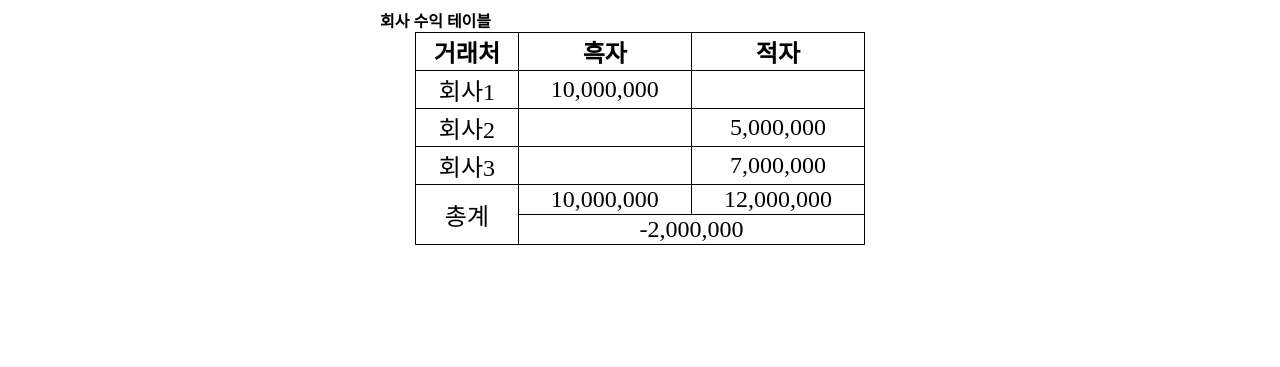
Repository: guswnsdldl/gb
Page: html workspace/f_table/src/main/webapp/span-task02.html
These files come from the project's save history. The page is drawn as it stood at one moment and after the next save; the edit follows.
The browser window is 1280 px wide. The pictures show the whole page.

Above is the page before, as saved 2024-08-06 03:13:51.

After the next save:
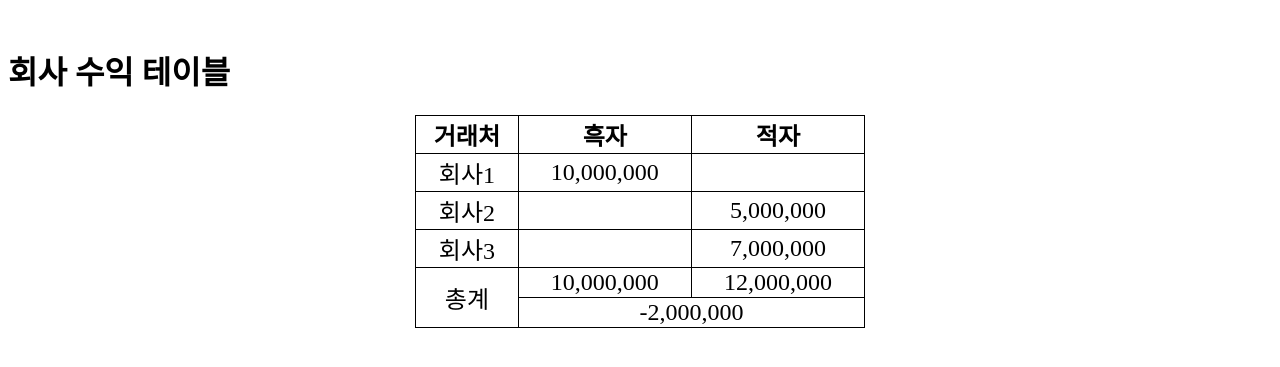
Saved 65 s later.
--- a/html workspace/f_table/src/main/webapp/span-task02.html
+++ b/html workspace/f_table/src/main/webapp/span-task02.html
@@ -16,7 +16,7 @@
 </head>
 <body>
 
-&nbsp;&nbsp;&nbsp;&nbsp;&nbsp;&nbsp;&nbsp;&nbsp;&nbsp;&nbsp;&nbsp;&nbsp;&nbsp;&nbsp;&nbsp;&nbsp;&nbsp;&nbsp;&nbsp;&nbsp;&nbsp;&nbsp;&nbsp;&nbsp;&nbsp;&nbsp;&nbsp;&nbsp;&nbsp;&nbsp;&nbsp;&nbsp;&nbsp;&nbsp;&nbsp;&nbsp;&nbsp;&nbsp;&nbsp;&nbsp;&nbsp;&nbsp;&nbsp;&nbsp;&nbsp;&nbsp;&nbsp;&nbsp;&nbsp;&nbsp;&nbsp;&nbsp;&nbsp;&nbsp;&nbsp;&nbsp;&nbsp;&nbsp;&nbsp;&nbsp;&nbsp;&nbsp;&nbsp;&nbsp;&nbsp;&nbsp;&nbsp;&nbsp;&nbsp;&nbsp;&nbsp;&nbsp;&nbsp;&nbsp;&nbsp;&nbsp;&nbsp;&nbsp;&nbsp;&nbsp;&nbsp;&nbsp;&nbsp;&nbsp;&nbsp;&nbsp;&nbsp;&nbsp;&nbsp;&nbsp;&nbsp;&nbsp;&nbsp;<strong>회사 수익 테이블</strong>
+&nbsp;&nbsp;&nbsp;&nbsp;&nbsp;&nbsp;&nbsp;&nbsp;&nbsp;&nbsp;&nbsp;&nbsp;&nbsp;&nbsp;&nbsp;&nbsp;&nbsp;&nbsp;&nbsp;&nbsp;&nbsp;&nbsp;&nbsp;&nbsp;&nbsp;&nbsp;&nbsp;&nbsp;&nbsp;&nbsp;&nbsp;&nbsp;&nbsp;&nbsp;&nbsp;&nbsp;&nbsp;&nbsp;&nbsp;&nbsp;&nbsp;&nbsp;&nbsp;&nbsp;&nbsp;&nbsp;&nbsp;&nbsp;&nbsp;&nbsp;&nbsp;&nbsp;&nbsp;&nbsp;&nbsp;&nbsp;&nbsp;&nbsp;&nbsp;&nbsp;&nbsp;&nbsp;&nbsp;&nbsp;&nbsp;&nbsp;&nbsp;&nbsp;&nbsp;&nbsp;&nbsp;&nbsp;&nbsp;&nbsp;&nbsp;&nbsp;&nbsp;&nbsp;&nbsp;&nbsp;&nbsp;&nbsp;&nbsp;&nbsp;&nbsp;&nbsp;&nbsp;&nbsp;&nbsp;&nbsp;&nbsp;&nbsp;&nbsp;<h1>회사 수익 테이블</h1>
 <table>
  		<tr>
         <th>거래처</th>
